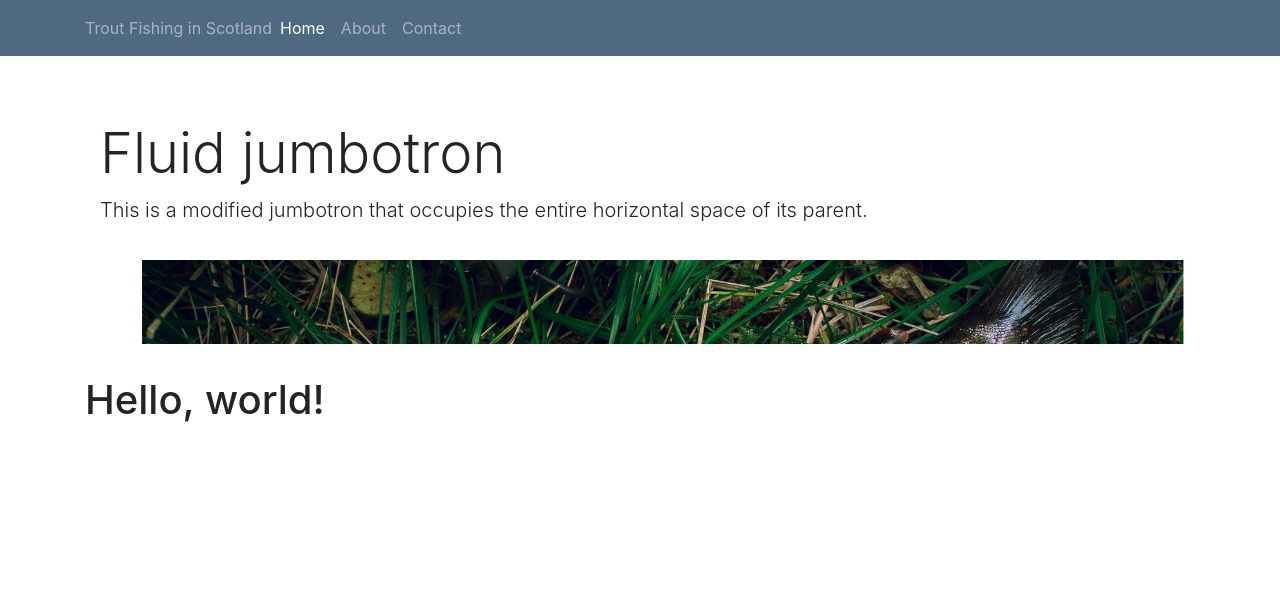
Repository: adrian9211/College_project
Page: index.html
An editor plug-in stored every save of this project. The page is shown before and after the next save, followed by the edit.
The browser window is 1280 px wide. The pictures show the whole page.

Above is the page before, as saved 2020-10-28 13:35:36.

### index.html
<!doctype html>
<html lang="en">
  <head>
    <!-- Required meta tags -->
    <meta charset="utf-8">
    <meta name="viewport" content="width=device-width, initial-scale=1, shrink-to-fit=no">

    <!-- Bootstrap CSS -->
    <link rel="stylesheet" href="https://cdn.jsdelivr.net/npm/bootstrap@4.5.3/dist/css/bootstrap.min.css" integrity="sha384-TX8t27EcRE3e/ihU7zmQxVncDAy5uIKz4rEkgIXeMed4M0jlfIDPvg6uqKI2xXr2" crossorigin="anonymous">
    <link rel="stylesheet" href="css/style.css">

    <title>Trout fishing in Scotland</title>
  </head>
  <body>
      <!-- Navigation  bar start -->
    <nav class="navbar navbar-expand-md navbar-dark sticky-top" role="navigation" id="navbar2" style="background-color: #4F6980;">
        <div class="container">
          <a href="index.html"><span class="navbar-text">Trout Fishing in Scotland</span></a>
          <button class="navbar-toggler" data-toggle="collapse" data-target="#collapse_target">
            <span class="navbar-toggler-icon"></span>
          </button>
          <div class="collapse navbar-collapse" id="collapse_target">
          <ul class="navbar-nav " >
            <li class="nav-item active">
              <a class="nav-link " href="index.html">Home </a>
            </li>
            <li class="nav-item ">
              <a class="nav-link " href="portfolio.html">About</a>
            </li>
            <li class="nav-item ">
              <a class="nav-link " href="contact.html">Contact</a>
            </li>
          </ul>
        </div>
        </div>
      </nav>
      <!-- Navigation  bar end -->
      <div class="container">
        <div class="jumbotron jumbotron-fluid">
            <div class="container">
              <h1 class="display-4">Fluid jumbotron</h1>
              <p class="lead">This is a modified jumbotron that occupies the entire horizontal space of its parent.</p>
            </div>
        </div>
          <main>

          </main>
        <h1>Hello, world!</h1>

        </div>
    <!-- Scripts for bootstrap -->
    <script src="https://code.jquery.com/jquery-3.5.1.slim.min.js" integrity="sha384-DfXdz2htPH0lsSSs5nCTpuj/zy4C+OGpamoFVy38MVBnE+IbbVYUew+OrCXaRkfj" crossorigin="anonymous"></script>
    <script src="https://cdn.jsdelivr.net/npm/bootstrap@4.5.3/dist/js/bootstrap.bundle.min.js" integrity="sha384-ho+j7jyWK8fNQe+A12Hb8AhRq26LrZ/JpcUGGOn+Y7RsweNrtN/tE3MoK7ZeZDyx" crossorigin="anonymous"></script>
  </body>
</html>

### css/style.css
.jumbotron {
    background-image: url("../img/trout_jumbotron.jpg");
    background-size: cover;
    height: 40vh;
}

After the next save:
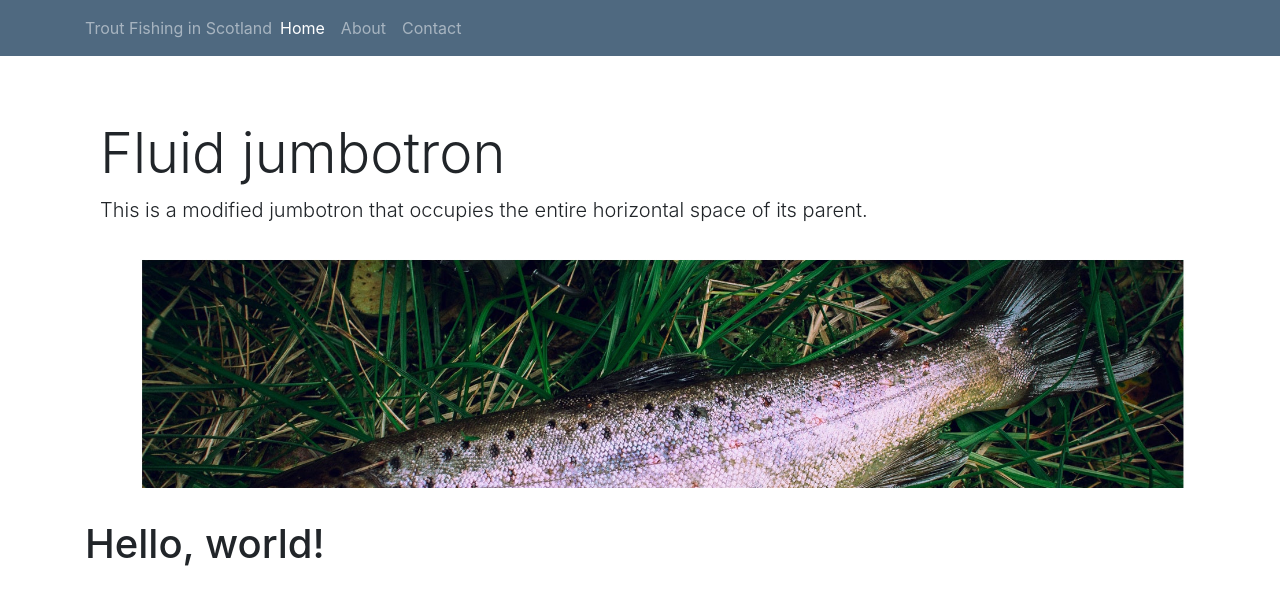
Saved 14 s later.
--- a/css/style.css
+++ b/css/style.css
@@ -1,5 +1,5 @@
 .jumbotron {
     background-image: url("../img/trout_jumbotron.jpg");
     background-size: cover;
-    height: 40vh;
+    height: 60vh;
 }

After the save that followed:
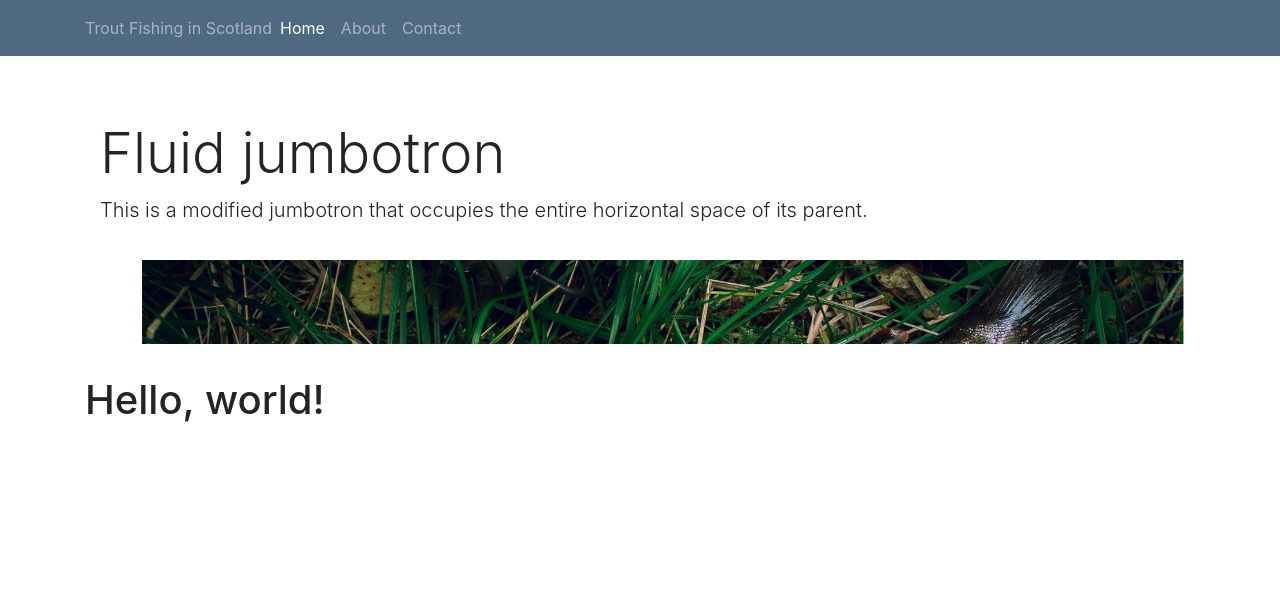
Saved 12 s later.
--- a/css/style.css
+++ b/css/style.css
@@ -1,5 +1,5 @@
 .jumbotron {
     background-image: url("../img/trout_jumbotron.jpg");
     background-size: cover;
-    height: 60vh;
+    height: 40vh;
 }
